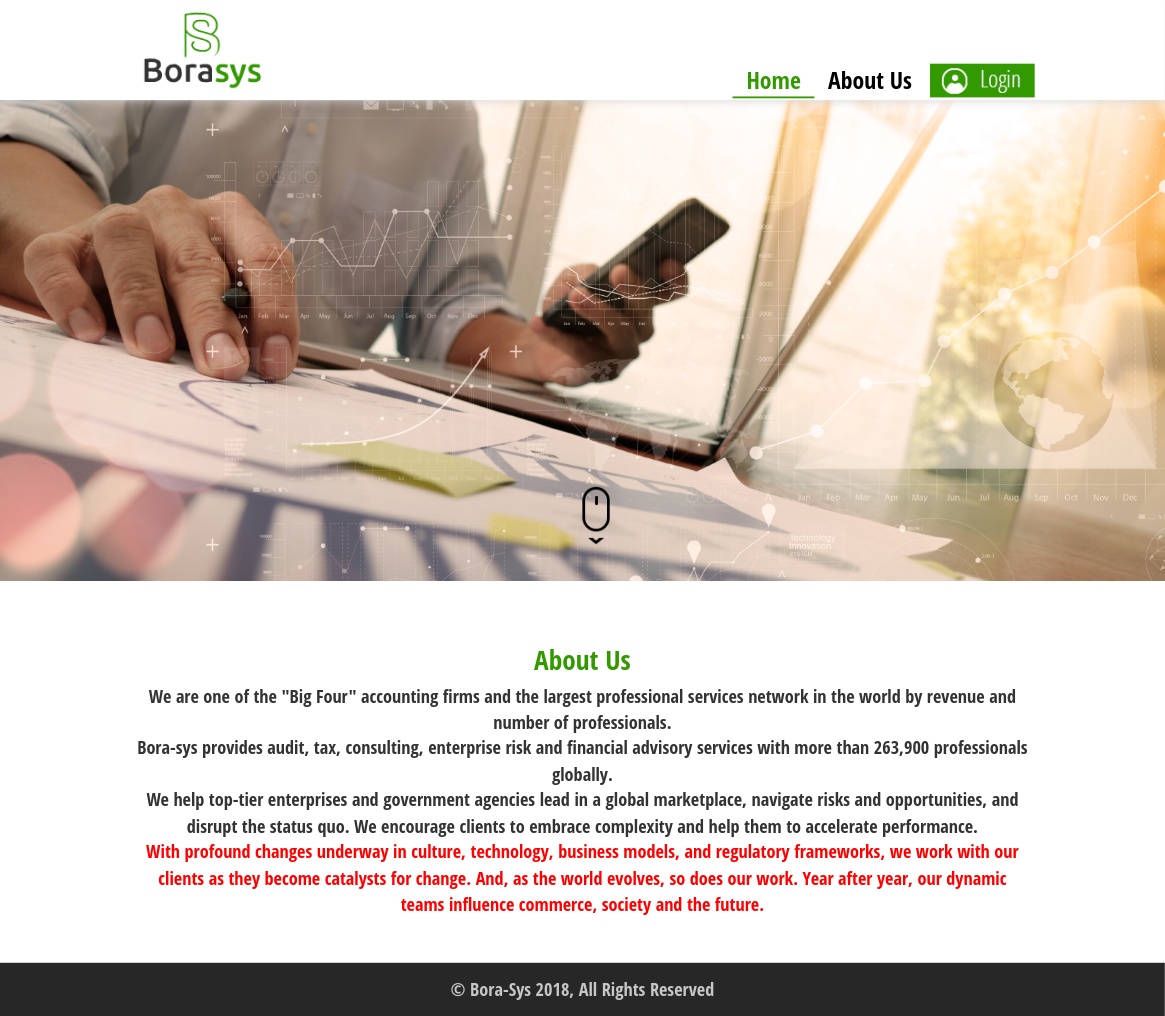
Repository: intkhabahmed/AcceleratedBootcampWebsites
Page: http://localhost/BoraSys/UI/index.jsp
These files come from the project's save history. The page is drawn as it stood at one moment and after the next save; the edit follows.
The browser window is 1280 px wide. The pictures show the whole page, at 91% of full size.
Some web fonts or font styles are not loaded; a fallback is used. The page is served by Tomcat 9. Nobody is signed in. The application's start-up code is not run. Other server files are loaded and not shown.

Above is the page before, as saved 2018-02-13 08:19:59.

### BoraSys/WebContent/UI/index.jsp
<%@ page language="java" contentType="text/html; charset=ISO-8859-1"
	pageEncoding="ISO-8859-1"%>
<%@taglib uri="http://java.sun.com/jsp/jstl/core" prefix="c"%>
<!DOCTYPE html>
<html>
<head>
<title>Bora-Sys</title>
<meta http-equiv="Content-Type" content="text/html; charset=ISO-8859-1">
<meta name="viewport" content="width=device-width, initial-scale=1.0">
<link rel="stylesheet" type="text/css" href="css/bootstrap.min.css">
<link rel="stylesheet" type="text/css" href="css/font-awesome.min.css">
<link rel="stylesheet" type="text/css" href="css/custom.css">
<link
	href='https://fonts.googleapis.com/css?family=Open Sans Condensed:300'
	rel='stylesheet'>
</head>
<body id="home">

	<jsp:include page="header.jsp"></jsp:include>


	<!-- <div class="row"> -->
	<div id="carousel-example-generic" class="carousel slide"
		data-ride="carousel">
		<!-- Indicators -->
		<img src="images/downarrow.png" alt="DownArrow" id="downarrow" />
		<!-- Wrapper for slides -->
		<div class="carousel-inner" role="listbox">
			<div class="item active">
				<img src="images/banner.png" alt="">
			</div>
		</div>

	</div>
	<!--end carousel-->

	<!-- </div> -->
	<div class="container">
		<hr>
		<div class="row">
			<div id="aboutus">
				<h2 align="center">About Us</h2>
				<p align="center">We are one of the "Big Four" accounting firms
					and the largest professional services network in the world by
					revenue and number of professionals.</p>
				<p align="center">Bora-sys provides audit, tax, consulting,
					enterprise risk and financial advisory services with more than
					263,900 professionals globally.</p>
				<p align="center" >We help top-tier enterprises and government agencies lead in
					a global marketplace, navigate risks and opportunities, and disrupt
					the status quo. We encourage clients to embrace complexity and help
					them to accelerate performance.</p>
				<p align="center" class="error">With profound changes underway in culture, technology,
					business models, and regulatory frameworks, we work with our
					clients as they become catalysts for change. And, as the world
					evolves, so does our work. Year after year, our dynamic teams
					influence commerce, society and the future.</p>
			</div>
			<!--end aboutus-->
		</div>
		<hr>
	</div>
	<!--end container-->
	<div id="footer">
		<footer>
			<p align="center">&copy; Bora-Sys 2018, All Rights Reserved</p>
		</footer>
	</div>
	<div class="overlay" title="click to close"></div>
	<div id="loginWindow">
		<h2 align="center">Login Form</h2>
		<form class="form-vertical" method="post" action="login.html"
			id="login_form">
			<div class="form-group">
				<input type="text" name="username" required="required"
					class="form-control" placeholder="Enter UserName" /> <input
					type="password" name="password" required="required"
					class="form-control" placeholder="Enter Password" />

			</div>
			<div class="form-group">
				<h4 id="forgotPass">
					<a href="#" class="pull-left">Forgot Password?</a>
				</h4>
				<input type="submit" name="login_btn" id="login_btn" value="Login"
					class="pull-right btn btn-default" />
			</div>
		</form>
	</div>
	<div id="queryWindow">
		<h2 align="center">Query Form</h2>
		<form class="form-vertical" method="post" action="askQuery.html"
			id="query_form">
			<div class="form-group">
				<label class="form-label" for="receiver">Choose Company</label> <br>
				<input type="radio" name="receiver" required="required"
					value="BeneesFradia" /> BeneesFradia &nbsp;&nbsp; <input
					type="radio" name="receiver" value="QuickgunHeadley" />
				QuickgunHeadley <br>
			</div>
			<div class="form-group">
				<textarea rows="4" class="form-control"
					placeholder="Enter the query" name="query"></textarea>
				<input type="submit" name="querySubmit_btn" id="querySubmit_btn"
					value="Send" class="form-control btn btn-default" />
			</div>
		</form>
	</div>

	<div id="uploadWindow">
		<h2 align="center">Upload Proposal</h2>
		<form class="form-vertical" method="post" action="#" id="upload_form"
			enctype="multipart/form-data">
			<div class="form-group">
				<label class="form-label" for="receiver">Choose Company</label> <br>
				<input type="radio" name="receiver" required="required"
					value="BeneesFradia" /> BeneesFradia &nbsp;&nbsp; <input
					type="radio" name="receiver" value="QuickgunHeadley" />
				QuickgunHeadley <br>
			</div>
			<div class="form-group">
				<input type="file" name="propsalFile" id="fileInput"
					required="required" class="pull-left" /> <input type="submit"
					name="propsalSubmit_btn" value="Upload"
					class="btn btn-default pull-right" id="proposalSubmit_btn" />
			</div>
		</form>
	</div>

	<script type="text/javascript" src="js/jquery-3.1.0.min.js"></script>
	<script type="text/javascript" src="js/bootstrap.min.js"></script>
	<script type="text/javascript" src="js/custom.js"></script>
	<c:if test="${errorMessage ne null}">
		<%-- 	<div class="alert alert-danger" role="alert" >"${errorMessage}"</div> --%>
		<script>
			alert("${errorMessage}");
			showLoginPage();
		</script>
	</c:if>
	<c:if test="${successMessage ne null}">
		<%-- 	<div class="alert alert-success" role="alert">"${successMessage}"</div> --%>
		<script>
			alert("${successMessage}");
			window.location = "index.html";
		</script>
	</c:if>
</body>
</html>

### BoraSys/WebContent/UI/header.jsp
<%@ page language="java" contentType="text/html; charset=ISO-8859-1"
    pageEncoding="ISO-8859-1"%>
<%@taglib uri="http://java.sun.com/jsp/jstl/core" prefix="c" %>
<nav class="navbar navbar-custom navbar-custom-fitting">
	  <div class="container">
	    <!-- Brand and toggle get grouped for better mobile display -->
	    <div class="navbar-header">
	      <button type="button" class="navbar-toggle collapsed" data-toggle="collapse" data-target="#bs-example-navbar-collapse-1" aria-expanded="false">
	        <span class="sr-only">Toggle navigation</span>
	        <span class="icon-bar"></span>
	        <span class="icon-bar"></span>
	        <span class="icon-bar"></span>
	      </button>
	      <a class="navbar-brand" href="index.html"><img src="images/BS_logo.png" alt="Bora-Sys"></a>
	    </div>

	    <!-- Collect the nav links, forms, and other content for toggling -->
	    <div class="collapse navbar-collapse" id="bs-example-navbar-collapse-1">
	      <ul class="nav navbar-nav navbar-right" id="main-nav">
	        <li class="active"><a href="#home">Home <span class="sr-only">(current)</span></a></li>
	        <li><a href="#aboutus">About Us</a></li>
	        <c:if test="${sessionScope.user.username eq null}">
	        <li id="login_button" onclick="showLoginPage()"><img src="images/loginbtn.png" class="img img-responsive"/></li>
	      	</c:if>
	      	<c:if test="${sessionScope.user.username ne null}">
	      	<li id="uploadForm"><a href="#">Upload Proposal</a></li>
	      	<li id="raiseQuery_btn"><a href="#">Support</a></li>
	        <li class="dropdown">
	          <a href="#" class="dropdown-toggle" data-toggle="dropdown" role="button" aria-haspopup="true" aria-expanded="false">${sessionScope.user.teamName } <span class="fa fa-angle-down"></span></a>
	          <ul class="dropdown-menu">
	            <li><a href="showProfile.html">Dashboard</a></li>
	            <li><a href="logout.html">Logout</a></li>
	          </ul>
	        </li>
	        </c:if>
	      </ul>
	    </div><!-- /.navbar-collapse -->
	  </div><!-- /.container-fluid -->
	</nav>

### BoraSys/WebContent/css/custom.css
/****************************Common CSS**************************/

.padding-10x{
	padding: 10px;
}
.padding-5x{
	padding: 5px;
}
.padding-20x{
	padding: 20px;
}

.center{
	display: block;
	margin: 0 auto;
}
.no-margin {
	margin: 0;
}
.error {
	color: red;
}
.success {
	color: #5cb85c;
}
#errorBlock{
	position: absolute;
	top: 15%;
	width: 100%;
}
body {
	font-family: Open Sans Condensed !important;
	font-size: 20px !important;
}
.dropdown-menu {
	font-size: 18px;
    background-color: #000;
    opacity: 0.7;
    border: 1px solid #ccc;
    border: 1px solid rgba(0,0,0,.15);
    border-radius: 0px;
    top: 110%;
}
.dropdown-menu li a{
	color: #ffffff;
}
.dropdown-menu li a:hover {
	color: #339900;
	background: #000000;
	opacity: 1;
}
.dropdown> a{
	max-height: 36px;
}

input, button, .form-control, .btn {
	border-radius: 0px !important;
}

input[type=submit]:hover, .btn:hover {
	color: #333333;
}
p {
    margin: 0 10px;
}
/***********************Index Page*********************************/
hr {
	border-top: none;
}
#home {
	padding-top: 94px;
}
#formContainer {
	border-radius: 15px;
	padding: 10px;
	z-index: 1;
}

#login_btn_cover {
	padding: 3px;
}

#homeBannerImage{
	min-height: 370px;
	z-index: 1;
}

@media screen and (min-width: 991px){
	.navbar-custom-fitting {
		width: 100%;
	}
	.container {
		max-width: 1024px;
	}

	.navbar-brand {
		padding: 10px !important;
		height: auto;
	}
	#main-nav {
		margin-top: 39px;
		height: 53px;
		padding-top: 30px;
	}
	nav> .container {
		height: auto;
	}

	.carousel {
		width: 100%;

	}
	.carousel-inner>.item>img {
		width: 100%;
	}
	#loginWindow {
		width: 30vw;
		left: 35vw;
	}
	#uploadWindow {
		width: 40vw;
		left: 30vw;
	}
	#queryWindow {
		width: 30vw;
		left: 35vw;
	}
	#confirmWindow {
		width: 30vw;
		left: 35vw;
	}
}

@media screen and (min-width: 768px) and (max-width: 990px){
	#main-nav {
		height: 40px;
		padding-top: 23px;
		margin-top: 30px;
	}

	.navbar-custom-fitting {
		width: 100%;
	}
	.navbar-brand {
		padding: 10px !important;
    	height: auto;
	}
	#login_button {
		margin-bottom: 2px;
	}
	nav> .container {
		height: 92px;
	}
	.carousel {
		width: 100%;
		height: 60vh;
	}
	.carousel-inner>.item>img {
		width: 100%;
		height: 60vh;
	}
	.container {
		max-width: 100%;
		width: 100%;
	}
	#loginWindow {
		width: 40vw;
		left: 35vw;
	}
	#uploadWindow {
		left: 30vw;
		width: 40vw;
	}
	#queryWindow {
		width: 40vw;
		left: 35vw;
	}
	#confirmWindow {
		width: 30vw;
		left: 35vw;
	}
}

@media screen and (max-width: 767px){
	nav> .container {
		padding: 2px;
		width: 100%;
		height: auto;
	}

	.navbar-custom-fitting {
		width: 100%;
	}
	.navbar-brand {
		padding: 0px 25px !important;
	}
	.navbar-header {
		height: 90px;
	}
	#main-nav {
		margin-top: 39px;
		background-color: #ffffff;
   	 	padding: 15px;

	}
	#login_button {
		margin: 5px 15px;
	}
	.carousel {
		width: 100%;
		height: 50vh;
		margin: 0 auto;
	}
	.carousel-inner>.item>img {
		width: 100%;
		height: 50vh;
	}
	.container {
		max-width: 100%;
		width: 100%;
	}
	#loginWindow, #uploadWindow, #queryQindow, #confirmWindow {
		width: 100%;
	}
	#shortcut_links .col-sm-4 img {
		display: block;
		margin: 0 auto;
		width: 100%;
	}
	.navbar-toggle {
		margin-top: 30px;
    	margin-right: 45px;
	}
}
.navbar-nav {
	font-size: 26px !important;
}
#login_button {
	cursor: pointer;
	margin-left: 5px;
}
.navbar-nav> .active a {
	border-bottom: 2px solid #339900 ;
	color: #339900 !important;
	background-color: transparent !important;
}

.navbar {
	border-radius: 0px;
}

.navbar-custom {
	background: #FFFFFF;
}

.navbar-nav a {
	transition: all 0.5s ease-in-out;
}

.contact-form-fields input {
	margin: 3px 0;
}

.navbar-nav a{
	color: #000000;
}

.navbar-custom-fitting {
	position: fixed;
	top: 0;
	z-index: 1030;
	box-shadow: -1px 1px 11px 0px #d2d2d2;
}

.navbar-nav>li>a {
	padding: 8px 15px !important;
}

/***********************UserProfile Page*********************************/
.navbar-toggle>.icon-bar {
	background-color: #000000;
}
.navbar-toggle {
	border-color: #000000;
}
.navbar-toggle:hover {
	border-color: #333333;
	background-color: #eeeeee;
}

/***********************Footer******************************************/
#footer {
	background: #282727;
	color: #c7c7c7;
	width: 100%;
	padding: 15px;
}

#footerSpace{
	margin-top: 65px;
}

/***********************Error Page*********************************/
#errorBlock{
	position: absolute;
	top: 15%;
	width: 100%;
}

/***********************Login Modal View*********************************/
.overlay {
	position: fixed;
	top: 0;
	left: 0;
	width: 100%;
	opacity: 0.7;
	min-height: 100%;
	display: none;
	background-color: #000000;
	z-index: 1031;
	cursor: pointer;
}
#loginWindow, #uploadWindow, #queryWindow, #confirmWindow {
	position: fixed;
	top: 25vh;
	z-index: 1032;
	opacity: 1;
	display: none;
	color: #ffffff;
	background-color: #339900;
	padding: 10px;
}
#loginWindow a {
	color: #eeeeee;
}

#login_form input, #upload_form input, #query_form input{
	margin: 10px 0;

}

textarea {
    resize: none;
}

#left-control-button, #right-control-button {
	padding-bottom: 5px;
	background-color: #ffffff;
	color: #000000;
}

#aboutus {
	padding: 10px;

}
#aboutus h2 {
	color: #339900;
}
.carousel-control {
	top: 50%;
}
.carousel-control.left, .carousel-control.right {
	background-image: none;
}

#downarrow {
	position: absolute;
	bottom: 40px;
	left: 50%;
	z-index: 1;
}


#profile_logo_container {
	box-shadow: 0px 1px 11px 0px #d2d2d2;
	padding: 5px;
	width: 100%;
}
#login_btn, #querySubmit_btn, #proposalSubmit_btn, #deleteQuery_btn, #cancel_btn {
	background: #ffffff !important;
}
#login_btn:hover, #querySubmit_btn:hover, #proposalSubmit_btn:hover, #deleteQuery_btn:hover, #cancel_btn:hover {
	color: #339900;
}
input[type=submit], .btn {
	font-size: 26px;
	padding-top: 0px;
	border: 0px;
	background: #339900;
}
input[type=submit]:active, .btn:active {
	background: #339900 !important;
}
input[type=submit]:hover, .btn:hover {
	background: #339900;
	color: #eeeeee;
}

### BoraSys/WebContent/js/custom.js
$(function(){
	$("nav a").click(function(){
		$('html, body').animate({
        scrollTop: $(this.hash).offset().top
    }, 1500);
    return false;
	});

	$("nav a").click(function(){
		$("nav li").removeClass("active");
		$(this).parent().addClass("active");
	});


	$(".overlay").on('click', function(){
		$(this).fadeOut();
		$("#loginWindow").fadeOut();
		$("#uploadWindow").fadeOut();
		$("#queryWindow").fadeOut();
		$("#confirmWindow").fadeOut();
	});

	$("#uploadForm, #uploadForm_shortcut").on('click', function(){
		$(".overlay").fadeIn();
		$("#uploadWindow").fadeIn();
		return false;
	});

	$("#raiseQuery_btn").on('click', function(){
		$(".overlay").fadeIn();
		$("#queryWindow").fadeIn();
	});

	$(".carousel-control.left").mouseenter(function(){
		$("#left-indicator img").attr("src", "images/leftarrow_ro.png");
	});
	$(".carousel-control.right").mouseenter(function(){
		$("#right-indicator img").attr("src", "images/rightarrow_ro.png");
	});

	$(".carousel-control.left").mouseleave(function(){
		$("#left-indicator img").attr("src", "images/leftarrow.png");
	});
	$(".carousel-control.right").mouseleave(function(){
		$("#right-indicator img").attr("src", "images/rightarrow.png");
	});

	$("#proposalSubmit_btn").bind('click', function(){
		var input = document.getElementById("fileInput");
		if(input.files[0].size >= 10485760){
			alert("File size should be less than 10MB");
			return false;
		}else{
			$("#upload_form").attr("action", "uploadFile.html");
			return true;
		}
	});

	$("#login_button img").mouseenter(function(){
		$(this).attr("src", "images/loginbtn_over.png");
	});
	$("#login_button img").mouseleave(function(){
		$(this).attr("src", "images/loginbtn.png");
	});

	$("#forgotPass").click(function(){
		alert("Please Contact Support Team");
	});

	$("#delete_btn").click(function(){
		$(".overlay").fadeIn();
		$("#confirmWindow").fadeIn();
	});

	$("#cancel_btn").click(function(){
		$(".overlay").fadeOut();
		$("#confirmWindow").fadeOut();
	});

});
function showLoginPage(){
	$(".overlay").fadeIn();
	$("#loginWindow").fadeIn();
}
function showAlert(value){
	alert(value.text());
}

Loaded but not shown: BoraSys/WebContent/css/bootstrap.min.css (library); BoraSys/WebContent/css/font-awesome.min.css (library); BoraSys/WebContent/js/jquery-3.1.0.min.js (library); BoraSys/WebContent/js/bootstrap.min.js (library)

After the next save:
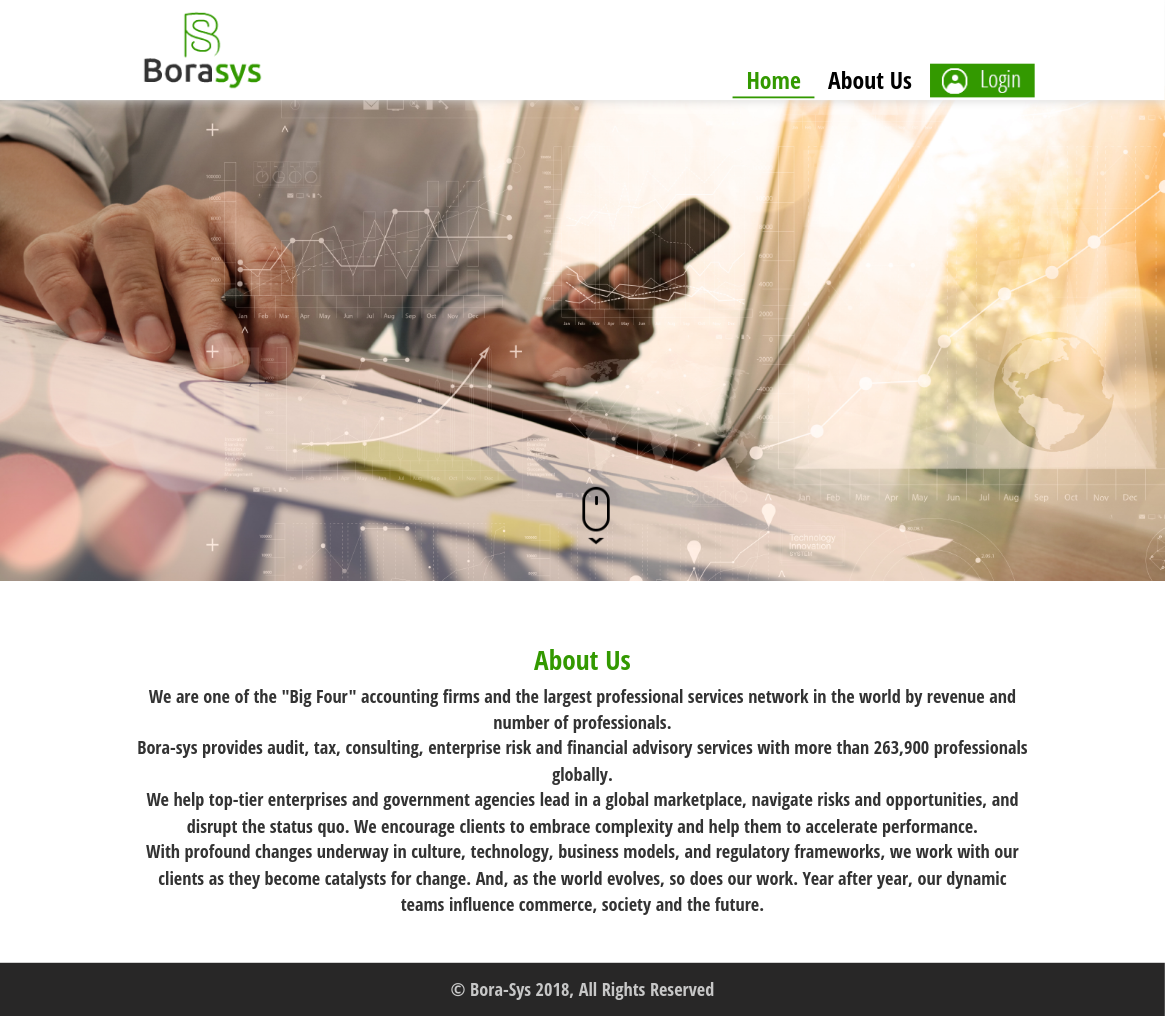
Saved 5 s later.
--- a/BoraSys/WebContent/UI/index.jsp
+++ b/BoraSys/WebContent/UI/index.jsp
@@ -50,7 +50,7 @@
 					a global marketplace, navigate risks and opportunities, and disrupt
 					the status quo. We encourage clients to embrace complexity and help
 					them to accelerate performance.</p>
-				<p align="center" class="error">With profound changes underway in culture, technology,
+				<p align="center">With profound changes underway in culture, technology,
 					business models, and regulatory frameworks, we work with our
 					clients as they become catalysts for change. And, as the world
 					evolves, so does our work. Year after year, our dynamic teams
